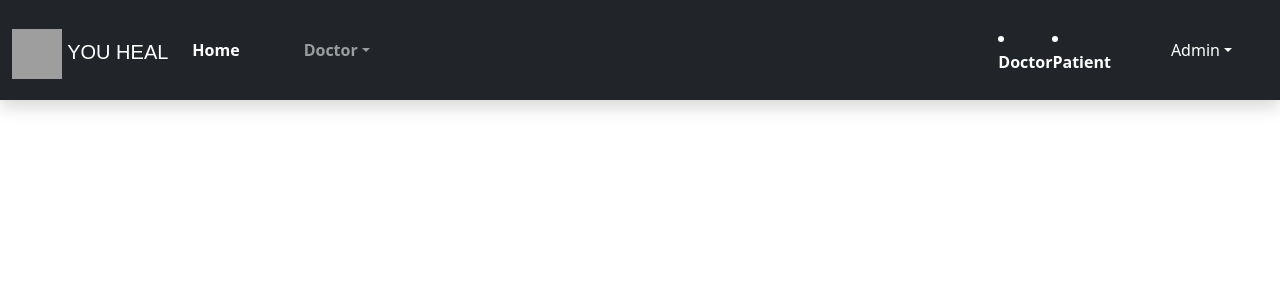
Repository: Akshatayadav/JavaProject
Page: http://localhost/YouHeal/admin/header.jsp
These files come from the project's save history. The page is drawn as it stood at one moment and after the next save; the edit follows.
The browser window is 1280 px wide. The pictures show the whole page.
Pictures or frames that could not be fetched are drawn as grey boxes. Some web libraries are served in a nearby version. The page is served by Tomcat 9.

Above is the page before, as saved 2023-04-17 16:23:37.

After the next save:
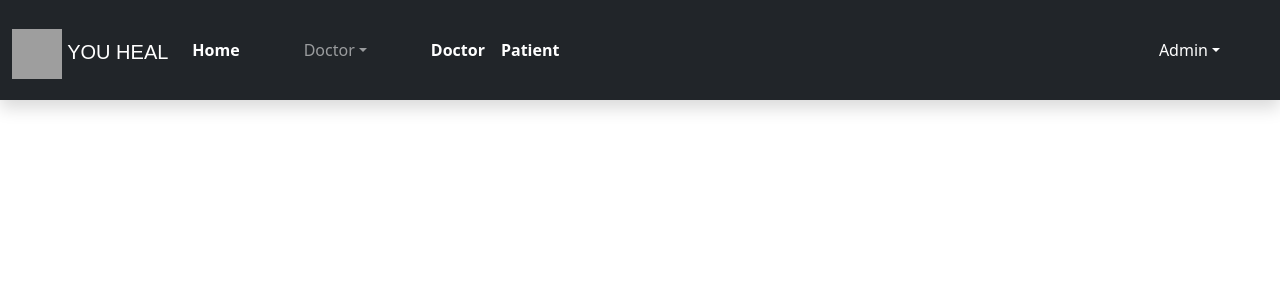
Saved 17 s later.
--- a/YouHeal/src/main/webapp/admin/header.jsp
+++ b/YouHeal/src/main/webapp/admin/header.jsp
@@ -44,17 +44,17 @@
         <li class="nav-item">
           <b><a class="nav-link active" href="home.jsp">Home</a></b>
         </li>
+        <div class="btn-group">
 
-
-    		<b><a href="#" class="nav-link dropdown-toggle mx-5" role="button" data-bs-toggle="dropdown">Doctor</a></b>
+    		<a href="#" class="nav-link dropdown-toggle mx-5" role="button" data-bs-toggle="dropdown">Doctor</a>
                 <ul class="dropdown-menu">
                  <li>
                    <a href="/YouHeal/AdminLogin?action=logout" class="dropdown-item">Add Doctor</a>
-                   <a href="/YouHeal/AdminLogin?action=logout" class="dropdown-item">View Doctor</a>
+                   <a href="/YouHeal/AdminLogin?action=logout" class="dropdown-item">Add Doctor</a>
                  </li>
 
 
-               </ul>
+                        </ul>
 		</div>
         <li class="nav-item">
           <b><a class="nav-link active" href="../jsp/doctor.jsp">Doctor</a></b>
